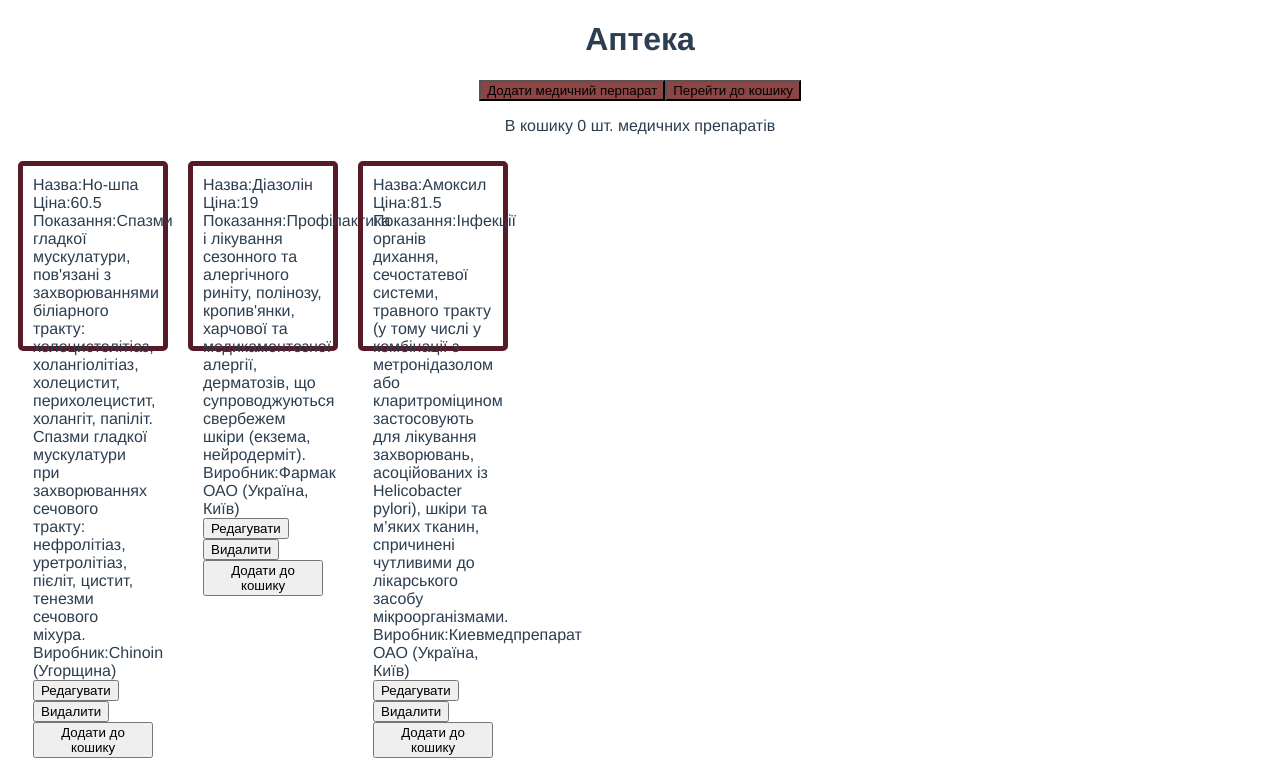
Repository: kristinap8/pharmacy
Page: /
An editor plug-in stored every save of this project. The page is shown before and after the next save, followed by the edit.
The browser window is 1280 px wide. The pictures show the whole page.
The project was rebuilt for these pictures with package versions that can differ from the ones it lists, and the page was loaded fresh each time. Also part of the build but not shown: src/components/AddMedicineForm/index.vue, src/pages/AddMedicine/index.vue, src/components/EditMedicineForm/index.vue, src/pages/EditMedicine/index.vue, src/components/CartForm/index.vue, src/pages/Cart/index.vue.

Above is the page before, as saved 2020-12-10 02:21:32.

After the next save:
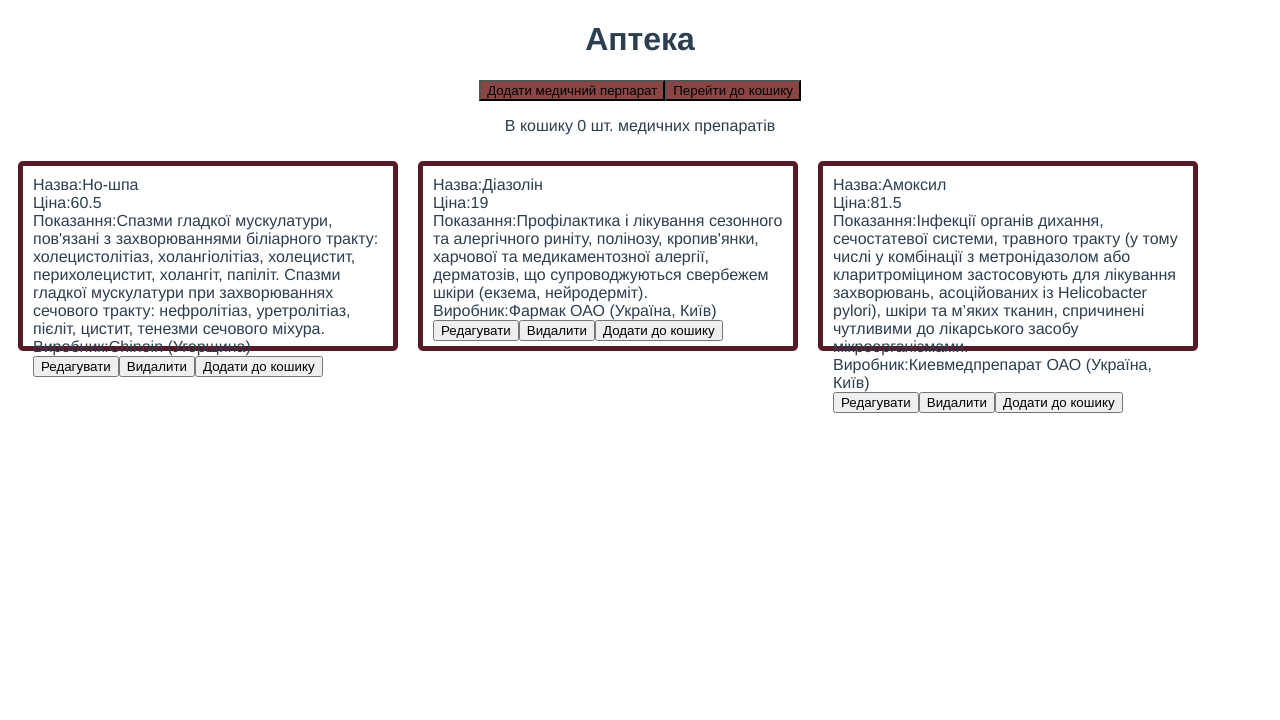
Saved 21 s later.
--- a/src/components/MedicinesList/MedicineCard/index.vue
+++ b/src/components/MedicinesList/MedicineCard/index.vue
@@ -57,7 +57,7 @@ import { mapActions } from 'vuex'
 
 <style lang="scss" scoped>
 .card-container{
-  width: 120px;
+  width: 350px;
   height: 160px;
   border: 5px solid rgb(87, 26, 39);
   border-radius: 5px;
